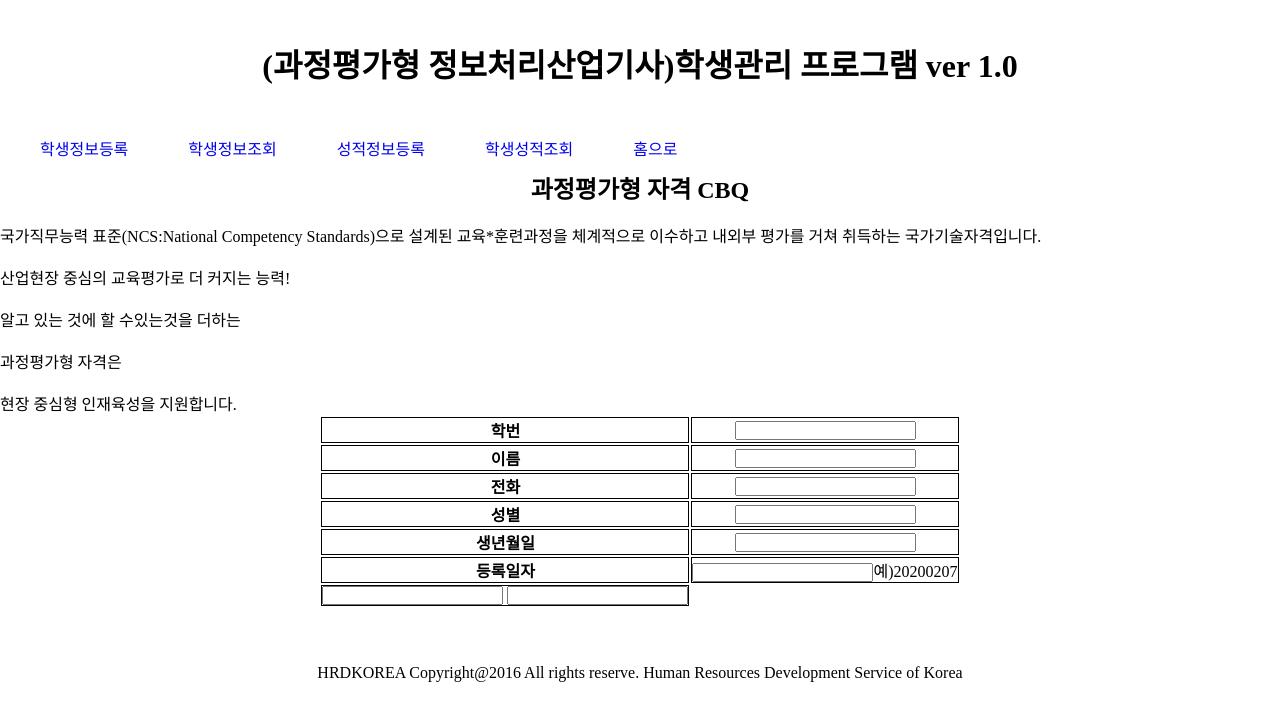
Repository: SeolhwaPark/JSL40_HRDKOREA
Page: http://localhost/HRD_0428_02/insert.jsp
An editor plug-in stored every save of this project. The page is shown before and after the next save, followed by the edit.
The browser window is 1280 px wide. The pictures show the whole page.
The page is served by Tomcat 9. Other server files are loaded and not shown.

Above is the page before, as saved 2020-04-28 11:36:01.

### HRD_0428_02/WebContent/insert.jsp
<%@ page language="java" contentType="text/html; charset=UTF-8"
    pageEncoding="UTF-8"%>
<%@ page import="java.util.*"%>
<%

%>
<!DOCTYPE html>
<html>
<head>
<meta charset="UTF-8">
<title>(과정평가형 정보처리산업기사)학생관리 프로그램 ver 1.0</title>

<style type="text/css">
*{padding:0;margin:0}
.logo{padding:40px 0;text-align:center;}
.navi{padding:10px 0;overflow:hidden}
.navi ul, li{padding:0 10px;float:left;list-style:none}
a{padding:20px;text-decoration:none;}

.title{text-align:center;}
.content{margin:0 auto}
.content table{margin:0 auto}
.content table th, td{text-align:center;border: 1px solid}
.btn_group{text-align:center;}

.footer{padding:20px 0;}
.footer p{text-align:center;}
</style>
<script type="text/javascript">

</script>

</head>
<body>

<div class="header">
	<header>
		<h1 class="logo">(과정평가형 정보처리산업기사)학생관리 프로그램 ver 1.0</h1>
		<nav class="navi">
			<ul>
				<li><a href="insert">학생정보등록</a></li>
				<li><a href="list">학생정보조회</a></li>
				<li><a href="input">성적정보등록</a></li>
				<li><a href="view">학생성적조회</a></li>
				<li><a href="index.jsp">홈으로</a></li>
			</ul>
		</nav>
	</header>
</div>
<div class="section">
	<section>
		<h2 class="title">과정평가형 자격 CBQ</h2>
		<div class="content">
			<br>국가직무능력 표준(NCS:National Competency Standards)으로 설계된 교육*훈련과정을 체계적으로 이수하고 내외부 평가를 거쳐 취득하는 국가기술자격입니다.<br>
			<br>산업현장 중심의 교육평가로 더 커지는 능력!<br>
			<br>알고 있는 것에 할 수있는것을 더하는<br>
			<br>과정평가형 자격은<br>
			<br>현장 중심형 인재육성을 지원합니다.<br>


			<form name="insert" method="post" action="insert_pro.jsp">
				<table>
					<tr>
						<th>학번</th>
						<td><input type="text" name="" value=""></td>
					</tr>
					<tr>
						<th>이름</th>
						<td><input type="text" name="" value=""></td>
					</tr>
					<tr>
						<th>전화</th>
						<td><input type="text" name="" value=""></td>
					</tr>
					<tr>
						<th>성별</th>
						<td><input type="text" name="" value=""></td>
					</tr>
					<tr>
						<th>생년월일</th>
						<td><input type="text" name="" value=""></td>
					</tr>
					<tr>
						<th>등록일자</th>
						<td><input type="text" name="" value="">예)20200207</td>
					</tr>

					<tr>
						<td colspan="" class="btn_group">
						<input type="" value="" onClick="">
						<input type="" value="" onClick=""></td>
					</tr>

				</table>
			</form>
			<br><br>
		</div>

	</section>
</div>
<div class="footer">
	<footer>
		<p>HRDKOREA Copyright@2016 All rights reserve. Human Resources Development Service of Korea</p>
	</footer>
</div>
</body>
</html>

After the next save:
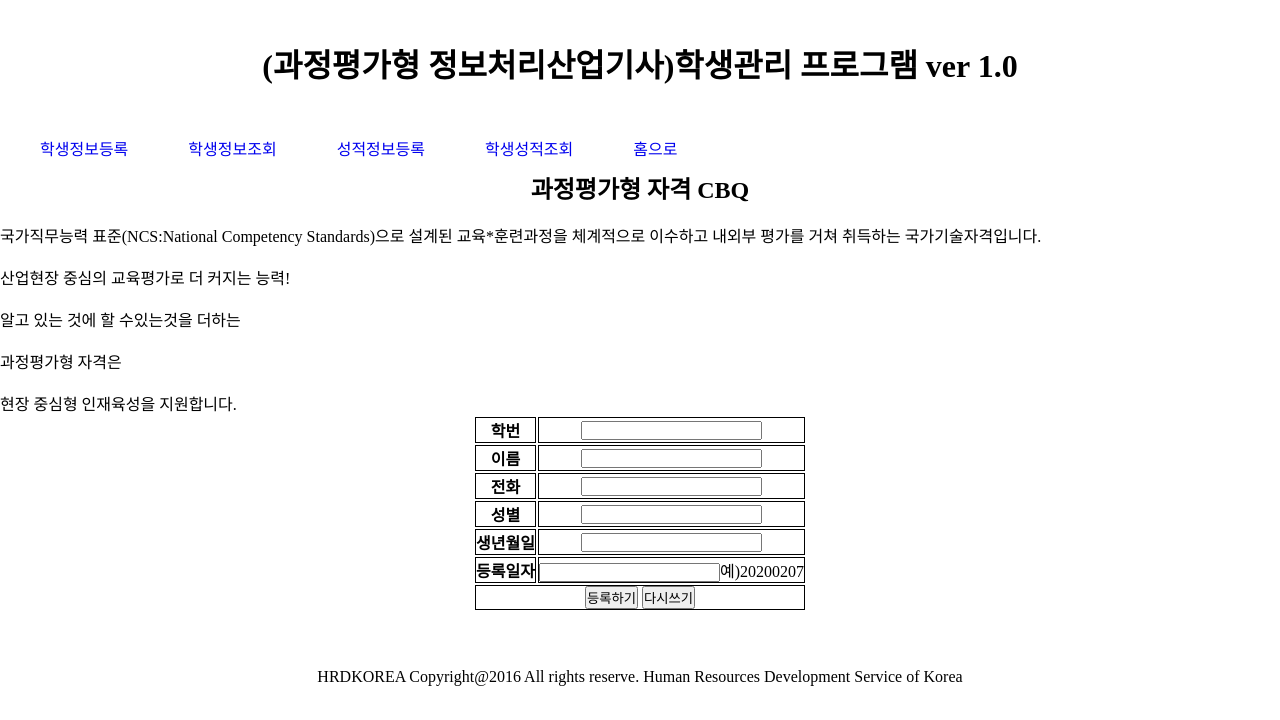
Saved 35 s later.
--- a/HRD_0428_02/WebContent/insert.jsp
+++ b/HRD_0428_02/WebContent/insert.jsp
@@ -86,9 +86,9 @@ a{padding:20px;text-decoration:none;}
 					</tr>
 
 					<tr>
-						<td colspan="" class="btn_group">
-						<input type="" value="" onClick="">
-						<input type="" value="" onClick=""></td>
+						<td colspan="2" class="btn_group">
+						<input type="button" value="등록하기" onClick="send()">
+						<input type="button" value="다시쓰기" onClick="del()"></td>
 					</tr>
 
 				</table>
